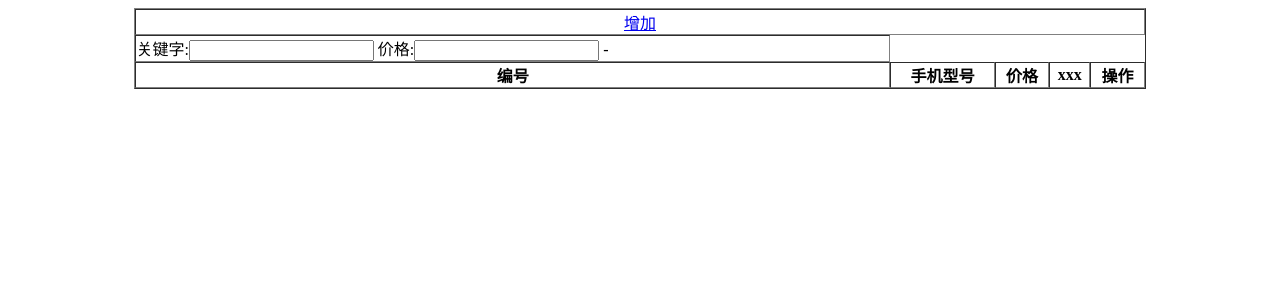
Repository: qyl1006/JavaCode
Page: http://localhost/task02/product
An editor plug-in stored every save of this project. The page is shown before and after the next save, followed by the edit.
The browser window is 1280 px wide. The pictures show the whole page.
The page is served by Tomcat 9. Other server files are loaded and not shown. Queries for data that is not in the repository find no rows.

Above is the page before, as saved 2018-03-15 04:41:27.

### workspace/task02/webapp/WEB-INF/views/product/list.jsp
<%@ page language="java" contentType="text/html; charset=UTF-8"
    pageEncoding="UTF-8"%>
<!DOCTYPE html PUBLIC "-//W3C//DTD HTML 4.01 Transitional//EN" "http://www.w3.org/TR/html4/loose.dtd">

<%@ taglib prefix="c" uri="http://java.sun.com/jsp/jstl/core"%>
<html>
<head>
<meta http-equiv="Content-Type" content="text/html; charset=UTF-8">
<title>Insert title here</title>
</head>
<body>
<form action="/product" method="post" id="f1">
	<table align="center" border="1" width="80%" cellpadding="0" cellspacing="0">
		<tr align="center">
			<td colspan="5">
				<a href="/product?cmd=edit">增加</a>
			</td>
		</tr>
		<tr>
			<td>
				关键字:<input type="text" name="keyWord" value="${qo.keyWord}"/>
				价格:<input type="number" name="minPrice" valus="${qo.minPrice}"/> -
			</td>
		</tr>
		<tr align="center">
			<th>编号</th>
			<th>手机型号</th>
			<th>价格</th>
			<th>xxx</th>
			<th>操作</th>
		</tr>
	<c:forEach items="${result.data}" var="p" varStatus="vs">
		<tr align="center" style="background-color: ${vs.count % 2 == 0 ? '' : 'red'}">
			<td>${p.id}</td>
			<td>${p.name}</td>
			<td>${p.price}</td>
			<td>${p.info}</td>
			<td>
				<a href="/product?cmd=edit&id=${p.id}">编辑</a>
				<a href="/product?cmd=delete&id=${p.id}">删除</a>
			</td>
		</tr>
	</c:forEach>
	</table>
</form>
</body>
</html>

### workspace/task02/src/cn/wolfcode/shop/web/servlet/ProductServlet.java
package cn.wolfcode.shop.web.servlet;

import java.io.IOException;
import java.math.BigDecimal;

import javax.servlet.ServletException;
import javax.servlet.annotation.WebServlet;
import javax.servlet.http.HttpServlet;
import javax.servlet.http.HttpServletRequest;
import javax.servlet.http.HttpServletResponse;

import cn.wolfcode.shop.domain.Product;
import cn.wolfcode.shop.query.PageResult;
import cn.wolfcode.shop.query.ProductQueryObject;
import cn.wolfcode.shop.service.IProduService;
import cn.wolfcode.shop.service.impl.ProduServiceImpl;
import cn.wolfcode.shop.util.StringUtil;

@WebServlet("/product")
public class ProductServlet extends HttpServlet {
	private static final long serialVersionUID = 1L;
	private IProduService service = new ProduServiceImpl();

	public void init() throws ServletException {
		System.out.println(123);
	}

	protected void service(HttpServletRequest req, HttpServletResponse resp)
			throws ServletException, IOException {
		req.setCharacterEncoding("utf-8");
		String cmd = req.getParameter("cmd");
		if("saveOrUpdate".equals(cmd)){
			saveOrUpdate(req, resp);
		}else if("delete".equals(cmd)){
			delete(req, resp);
		}else if("edit".equals(cmd)){
			edit(req, resp);
		}else{
			list(req, resp);
		}

	}
	private void list(HttpServletRequest req, HttpServletResponse resp)
			throws ServletException, IOException {
		ProductQueryObject qo = creatQo(req);
		PageResult result = service.query(qo);

		req.setAttribute("qo", qo);
		req.setAttribute("result", result);

		req.getRequestDispatcher("/WEB-INF/views/product/list.jsp").forward(req, resp);

	}
	private ProductQueryObject creatQo(HttpServletRequest req) {
		ProductQueryObject qo = new ProductQueryObject();

		String currentPage = req.getParameter("currentPage");
		String pageSize = req.getParameter("pageSize");
		String keyWord = req.getParameter("keyWord");
		String minPrice = req.getParameter("minPrice");
		String maxPrice = req.getParameter("maxPrice");

		if(StringUtil.hasLength(currentPage)){
			qo.setCurrentPage(Integer.valueOf(currentPage.trim()));
		}
		if(StringUtil.hasLength(pageSize)){
			qo.setPageSize(Integer.valueOf(pageSize.trim()));
		}

		if(StringUtil.hasLength(keyWord)){
			qo.setKeyWord(keyWord.trim());
		}

		if(StringUtil.hasLength(minPrice)){
			qo.setMinPrice(new BigDecimal(minPrice.trim()));
		}

		if(StringUtil.hasLength(maxPrice)){
			qo.setMaxPrice(new BigDecimal(maxPrice.trim()));
		}

		return qo;
	}

	private void delete(HttpServletRequest req, HttpServletResponse resp)
			throws ServletException, IOException {
		String id = req.getParameter("id");
		if(StringUtil.hasLength(id)){
			service.delete(Long.valueOf(id.trim()));
		}

		resp.sendRedirect("/product");

	}
	private void edit(HttpServletRequest req, HttpServletResponse resp)
			throws ServletException, IOException {
		String id = req.getParameter("id");
		if(StringUtil.hasLength(id)){
			Product product = service.get(Long.valueOf(id.trim()));
			req.setAttribute("p", product);
		}

		req.getRequestDispatcher("/WEB-INF/views/product/edit.jsp").forward(req, resp);
	}
	private void saveOrUpdate(HttpServletRequest req, HttpServletResponse resp)
			throws ServletException, IOException {

		String id = req.getParameter("id");
		String name = req.getParameter("name");
		String price = req.getParameter("price");
		String info = req.getParameter("info");

		Product p = new Product();
		if(StringUtil.hasLength(name)){
			p.setName(name.trim());
		}
		if(StringUtil.hasLength(price)){
			p.setPrice(new BigDecimal(price.trim()));
		}
		if(StringUtil.hasLength(info)){
			p.setInfo(info.trim());
		}

		if(StringUtil.hasLength(id)){
			p.setId(Long.valueOf(id.trim()));
			service.update(p);
		}else{
			service.save(p);
		}

		resp.sendRedirect("/product");
	}
}

### workspace/task02/src/cn/wolfcode/shop/service/impl/ProduServiceImpl.java
package cn.wolfcode.shop.service.impl;

import java.util.List;

import cn.wolfcode.shop.dao.IProductDAO;
import cn.wolfcode.shop.dao.impl.ProduDAOImpl;
import cn.wolfcode.shop.domain.Product;
import cn.wolfcode.shop.query.PageResult;
import cn.wolfcode.shop.query.ProductQueryObject;
import cn.wolfcode.shop.service.IProduService;

public class ProduServiceImpl implements IProduService {

	private IProductDAO dao = new ProduDAOImpl();

	public void save(Product p) {
		dao.save(p);
	}

	public void update(Product p) {
		dao.update(p);
	}

	public void delete(Long id) {
		dao.delete(id);
	}

	public Product get(Long id) {
		return dao.get(id);
	}

	public PageResult query(ProductQueryObject qo) {
		Long count = dao.queryCount(qo);
		if(count == 0L){
			return PageResult.EMPYT_PAGE;
		}
		List<Product> data = dao.query(qo);
		return new PageResult(qo.getCurrentPage(), qo.getPageSize(), count, data);
	}

}

### workspace/task02/src/cn/wolfcode/shop/dao/IProductDAO.java
package cn.wolfcode.shop.dao;

import java.util.List;

import cn.wolfcode.shop.domain.Product;
import cn.wolfcode.shop.query.ProductQueryObject;

public interface IProductDAO {
	void save(Product p);
	void update(Product p);
	void delete(Long id);
	Product get(Long id);

	Long queryCount(ProductQueryObject qo);
	List<Product> query(ProductQueryObject qo);
}

### workspace/task02/src/cn/wolfcode/shop/dao/impl/ProduDAOImpl.java
package cn.wolfcode.shop.dao.impl;

import java.util.List;

import org.apache.ibatis.session.SqlSession;

import cn.wolfcode.shop.dao.IProductDAO;
import cn.wolfcode.shop.domain.Product;
import cn.wolfcode.shop.query.ProductQueryObject;
import cn.wolfcode.shop.util.MyBatisUtil;
import lombok.Cleanup;

public class ProduDAOImpl implements IProductDAO {

	public void save(Product p) {
		@Cleanup
		SqlSession session = MyBatisUtil.getSession();
		session.update("product.save", p);
		session.commit();
	}


	public void update(Product p) {
		@Cleanup
		SqlSession session = MyBatisUtil.getSession();
		session.update("product.update", p);
		session.commit();

	}

	public void delete(Long id) {
		@Cleanup
		SqlSession session = MyBatisUtil.getSession();
		session.update("product.delete", id);
		session.commit();
	}

	public Product get(Long id) {
		@Cleanup
		SqlSession session = MyBatisUtil.getSession();
		return session.selectOne("product.get", id);
	}

	public Long queryCount(ProductQueryObject qo) {
		@Cleanup
		SqlSession session = MyBatisUtil.getSession();
		return session.selectOne("product.queryCount", qo);
	}

	public List<Product> query(ProductQueryObject qo) {
		@Cleanup
		SqlSession session = MyBatisUtil.getSession();
		return session.selectList("product.query", qo);
	}

}

### workspace/task02/src/cn/wolfcode/shop/util/StringUtil.java
package cn.wolfcode.shop.util;

public abstract class StringUtil {
	public static boolean hasLength(String str){
		return str != null && str.trim().length() > 0;
	}

	public static String Empty2Null(String str){
		return hasLength(str) ? str : null;
	}
}

### workspace/task02/src/cn/wolfcode/shop/util/MyBatisUtil.java
package cn.wolfcode.shop.util;

import java.io.InputStream;

import org.apache.ibatis.io.Resources;
import org.apache.ibatis.session.SqlSession;
import org.apache.ibatis.session.SqlSessionFactory;
import org.apache.ibatis.session.SqlSessionFactoryBuilder;

public abstract class MyBatisUtil {
	private static SqlSessionFactory factory;

	static{
		try {
			InputStream in = Resources.getResourceAsStream("mybatis.xml");
			factory = new SqlSessionFactoryBuilder().build(in);
		} catch (Exception e) {
			e.printStackTrace();
		}
	}

	public static SqlSession getSession(){
		return factory.openSession();
	}
}

### workspace/task02/src/cn/wolfcode/shop/domain/Product.java
package cn.wolfcode.shop.domain;

import java.math.BigDecimal;

import lombok.AllArgsConstructor;
import lombok.Getter;
import lombok.NoArgsConstructor;
import lombok.Setter;
import lombok.ToString;

@Setter @Getter @ToString @AllArgsConstructor @NoArgsConstructor
public class Product {
	private Long id;
	private String name;
	private BigDecimal price;
	private String info;
}

### workspace/task02/src/cn/wolfcode/shop/query/PageResult.java
package cn.wolfcode.shop.query;

import java.util.Collections;
import java.util.List;

import cn.wolfcode.shop.domain.Product;
import lombok.Getter;
import lombok.Setter;

@Setter @Getter
public class PageResult {
	@SuppressWarnings("unchecked")
	public static final PageResult EMPYT_PAGE = new PageResult(1, 1, 0L, Collections.EMPTY_LIST);


	private int currentPage;
	private int pageSize;

	private Long pageCount;
	private List<Product> data;

	private int endPage;
	private int prevPage;
	private int nextPage;
	public PageResult(int currentPage, int pageSize, Long pageCount,
			List<Product> data) {
		super();
		this.currentPage = currentPage;
		this.pageSize = pageSize;
		this.pageCount = pageCount;
		this.data = data;

		if(pageCount <= pageSize){
			endPage = 1;
			prevPage = 1;
			nextPage = 1;
			return;
		}

		endPage = (int) (pageCount % pageSize == 0 ? pageCount / pageSize : pageCount / pageSize + 1);
		prevPage = currentPage > 2 ? currentPage - 1 : 1;
		nextPage = currentPage < endPage ? currentPage + 1 : endPage;
	}


}

After the next save:
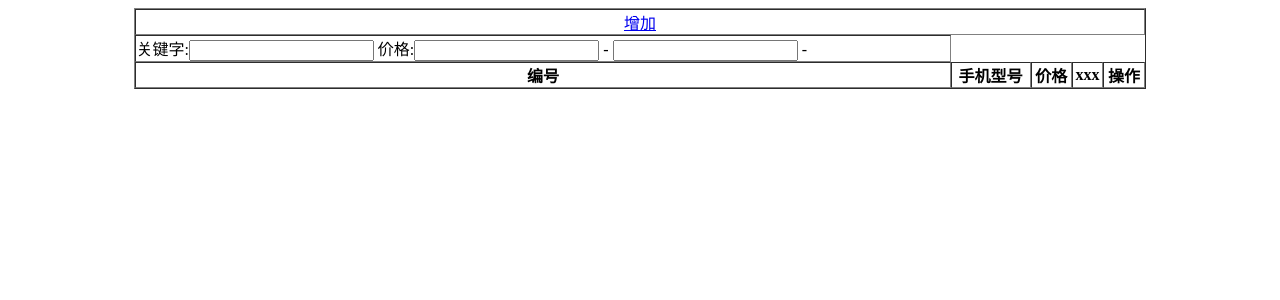
Saved 34 s later.
--- a/workspace/task02/webapp/WEB-INF/views/product/list.jsp
+++ b/workspace/task02/webapp/WEB-INF/views/product/list.jsp
@@ -20,6 +20,7 @@
 			<td>
 				关键字:<input type="text" name="keyWord" value="${qo.keyWord}"/>
 				价格:<input type="number" name="minPrice" valus="${qo.minPrice}"/> -
+					<input type="number" name="maxPrice" valus="${qo.maxPrice}"/> -
 			</td>
 		</tr>
 		<tr align="center">
